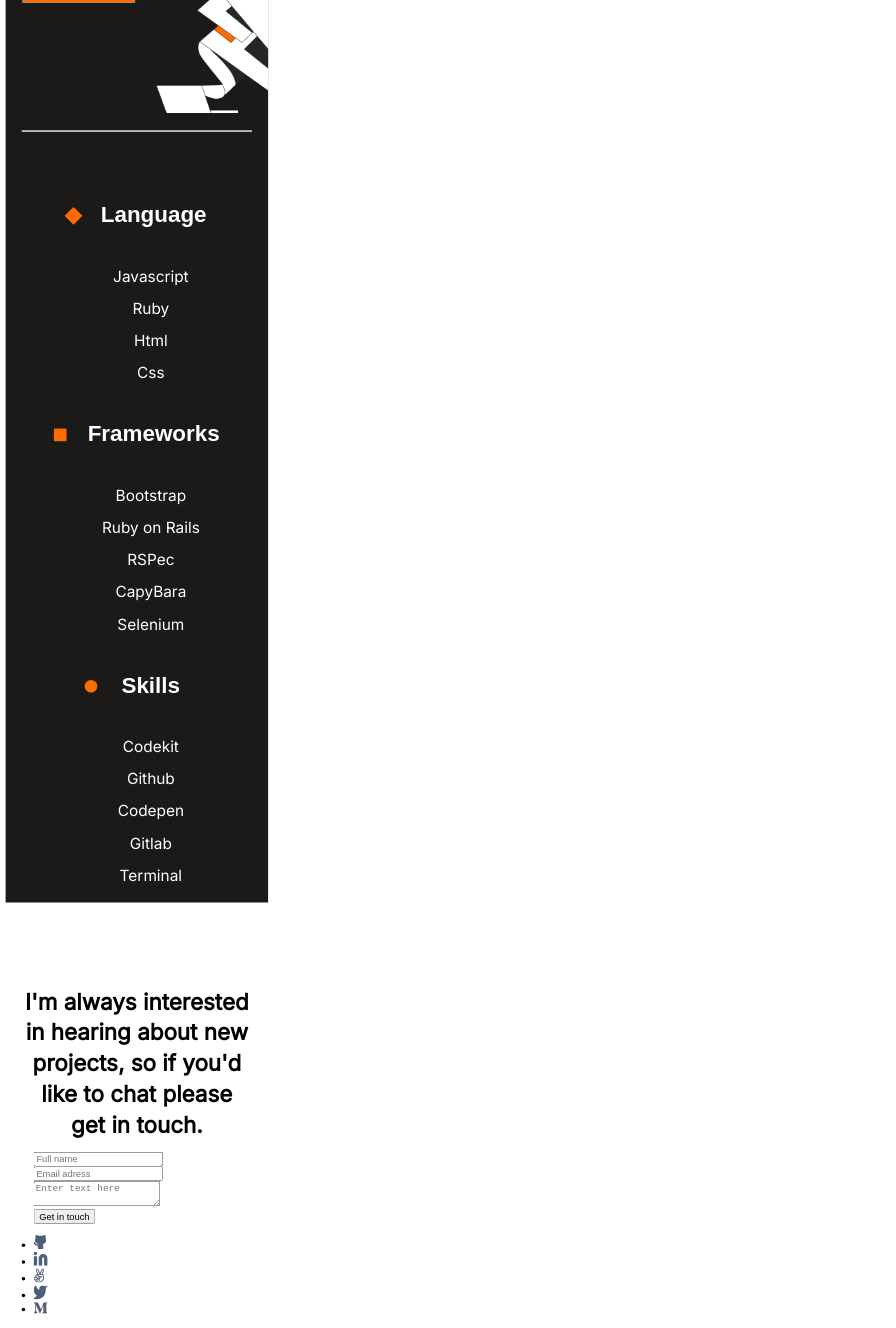
Repository: iBel251/portfolio
Page: index.html
An editor plug-in stored every save of this project. The page is shown before and after the next save, followed by the edit.
The browser window is 1280 px wide. The pictures show the part of the page from y = 4545 to 6465 px (the page is 6442 px tall before and 6465 px after), at 70% of full size.
Some web fonts or font styles are not loaded; a fallback is used.

Above is the page before, as saved 2022-03-22 10:53:46.

After the next save:
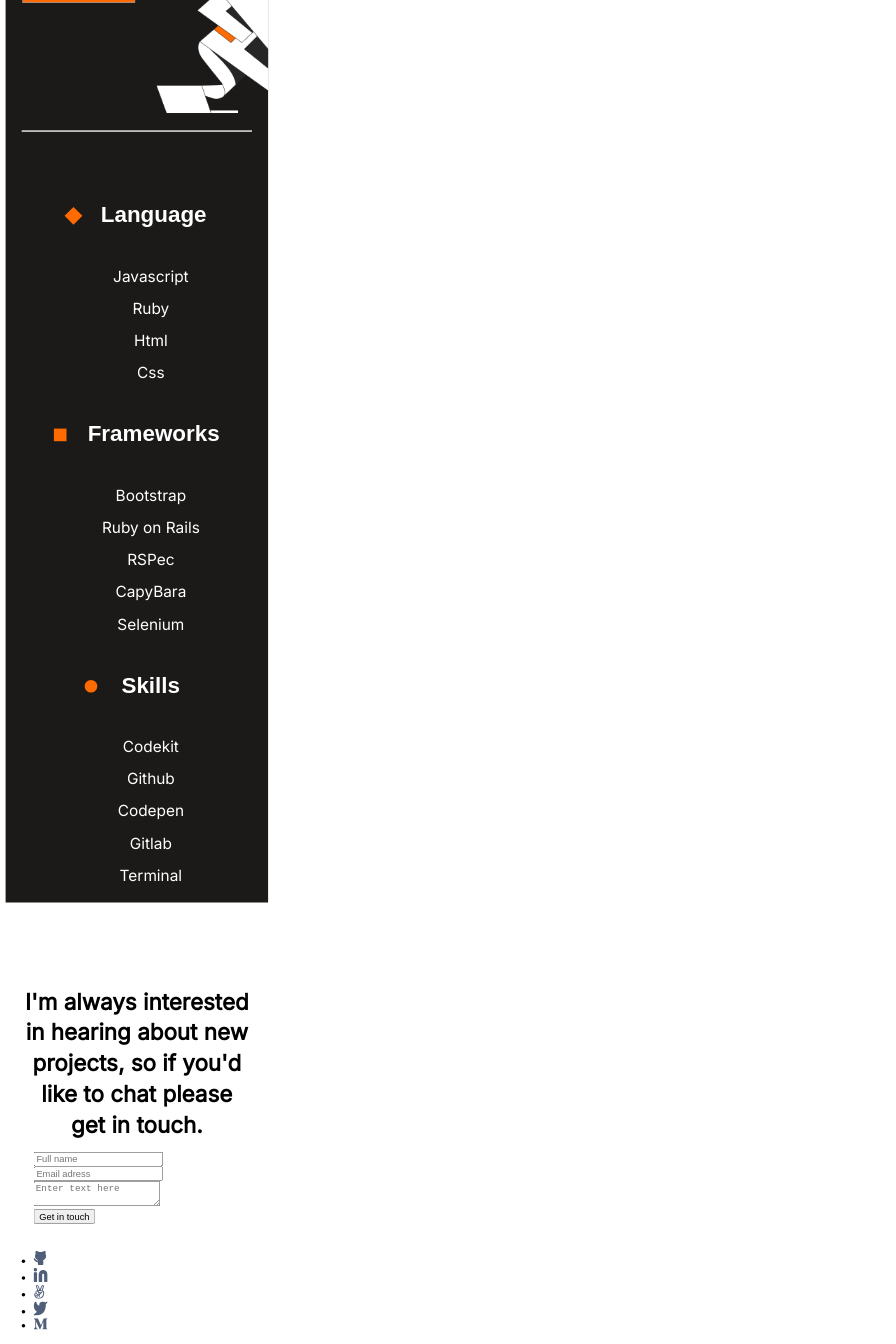
Saved 25 s later.
--- a/style.css
+++ b/style.css
@@ -418,4 +418,5 @@
 
 .form{
   list-style-type: none;
-}
+  margin-bottom: 39px;
+}
